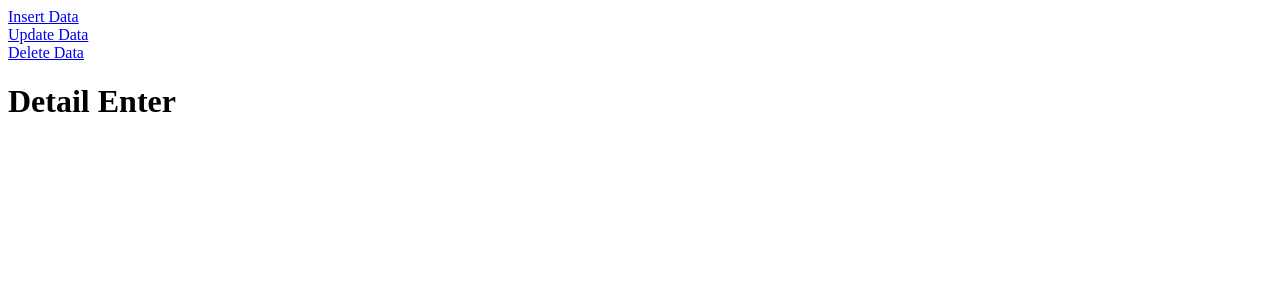
Repository: Sharathguru/Product_Task
Page: / (app in Frontend/)
An editor plug-in stored every save of this project. The page is shown before and after the next save, followed by the edit.
The browser window is 1280 px wide. The pictures show the whole page.
The project was rebuilt for these pictures with package versions that can differ from the ones it lists, and the page was loaded fresh each time. Also part of the build but not shown: Frontend/vite.config.js, Frontend/src/index.css, Frontend/src/axios/axios.js, Frontend/src/Pages/Insert.jsx, Frontend/src/Pages/Update.jsx, Frontend/src/Pages/Fetch.jsx, Frontend/src/Pages/Delete.jsx.

Above is the page before, as saved 2025-06-13 14:32:14.

After the next save:
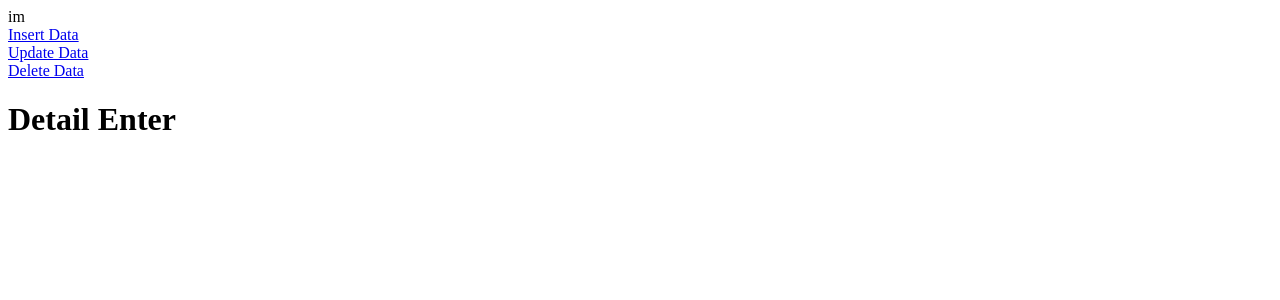
Saved 6 s later.
--- a/Frontend/src/Components/Home.jsx
+++ b/Frontend/src/Components/Home.jsx
@@ -10,7 +10,9 @@
     }
   return (
     <div>
-
+        <nav>
+            im
+        </nav>
         <Link to="/insert">Insert Data</Link>
         <br />
         <Link to="/update">Update Data</Link>

After the save that followed:
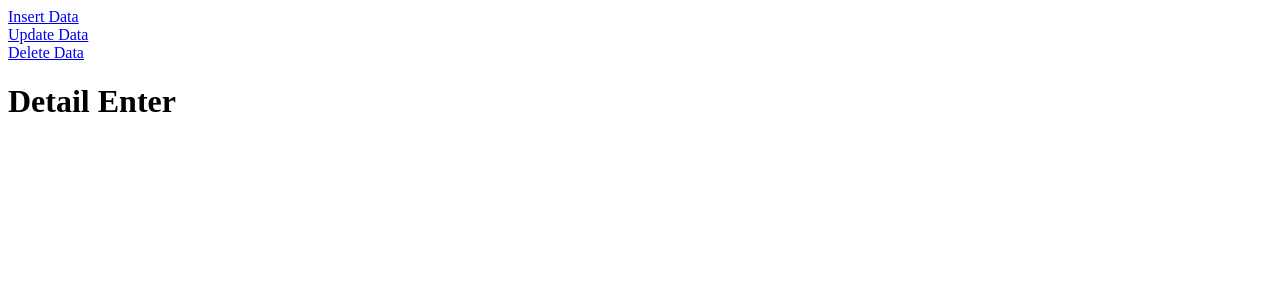
Saved 6 s later.
--- a/Frontend/src/Components/Home.jsx
+++ b/Frontend/src/Components/Home.jsx
@@ -11,7 +11,7 @@
   return (
     <div>
         <nav>
-            im
+
         </nav>
         <Link to="/insert">Insert Data</Link>
         <br />
